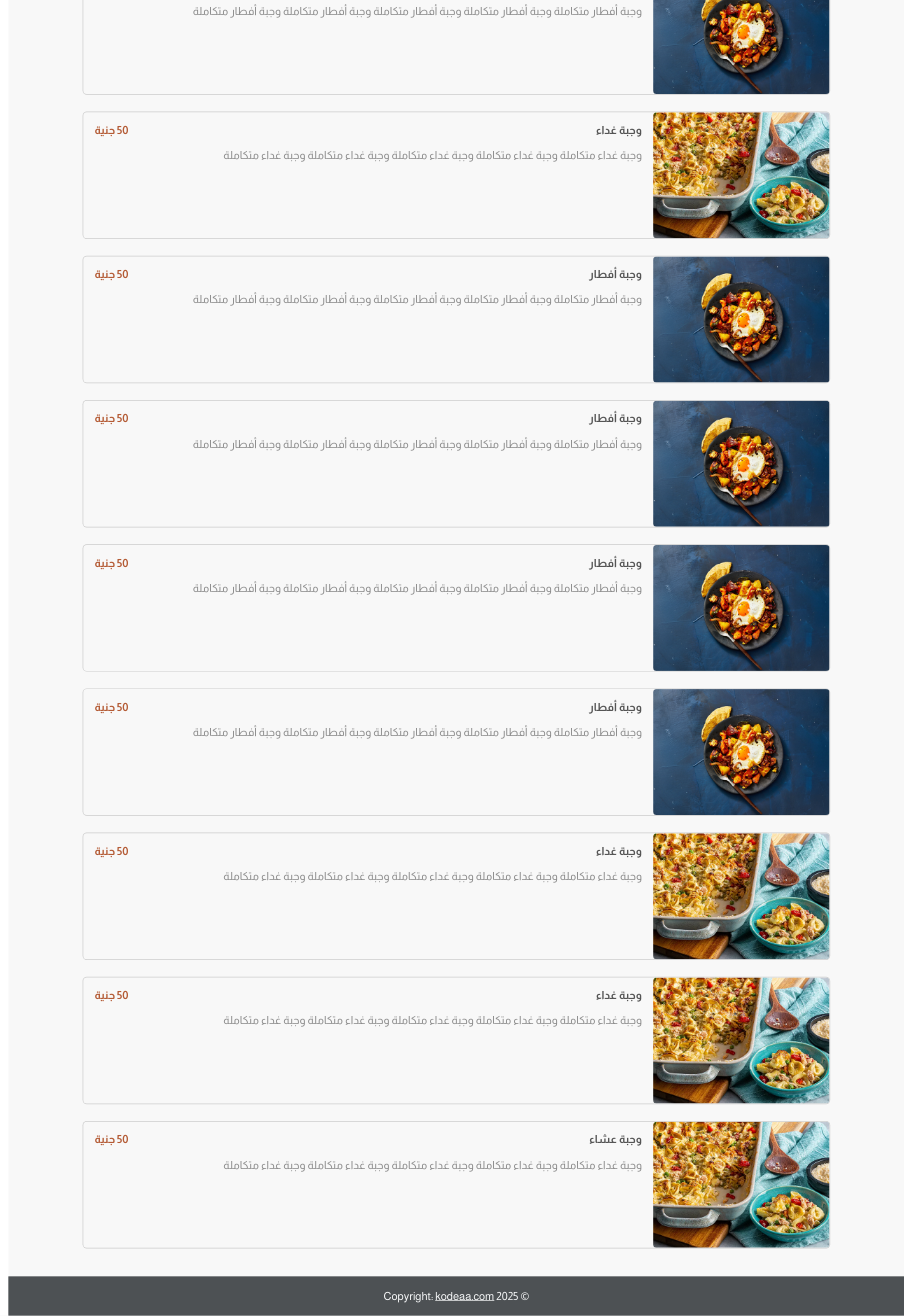
Repository: kerlos-alfy/Restaurant-Menu
Page: /
An editor plug-in stored every save of this project. The page is shown before and after the next save, followed by the edit.
The browser window is 1280 px wide. The page is 1292 px wide, so the pictures cover 1292 px, including what lies to the right of the window. The pictures show the part of the page from y = 1148 to 3028 px (the page is 3028 px tall), at 70% of full size.
Some web fonts or font styles are not loaded; a fallback is used. The project was rebuilt for these pictures with package versions that can differ from the ones it lists, and the page was loaded fresh each time. Also part of the build but not shown: vite.config.js, src/App.css.

Above is the page before, as saved 2024-12-27 02:17:59.

After the next save:
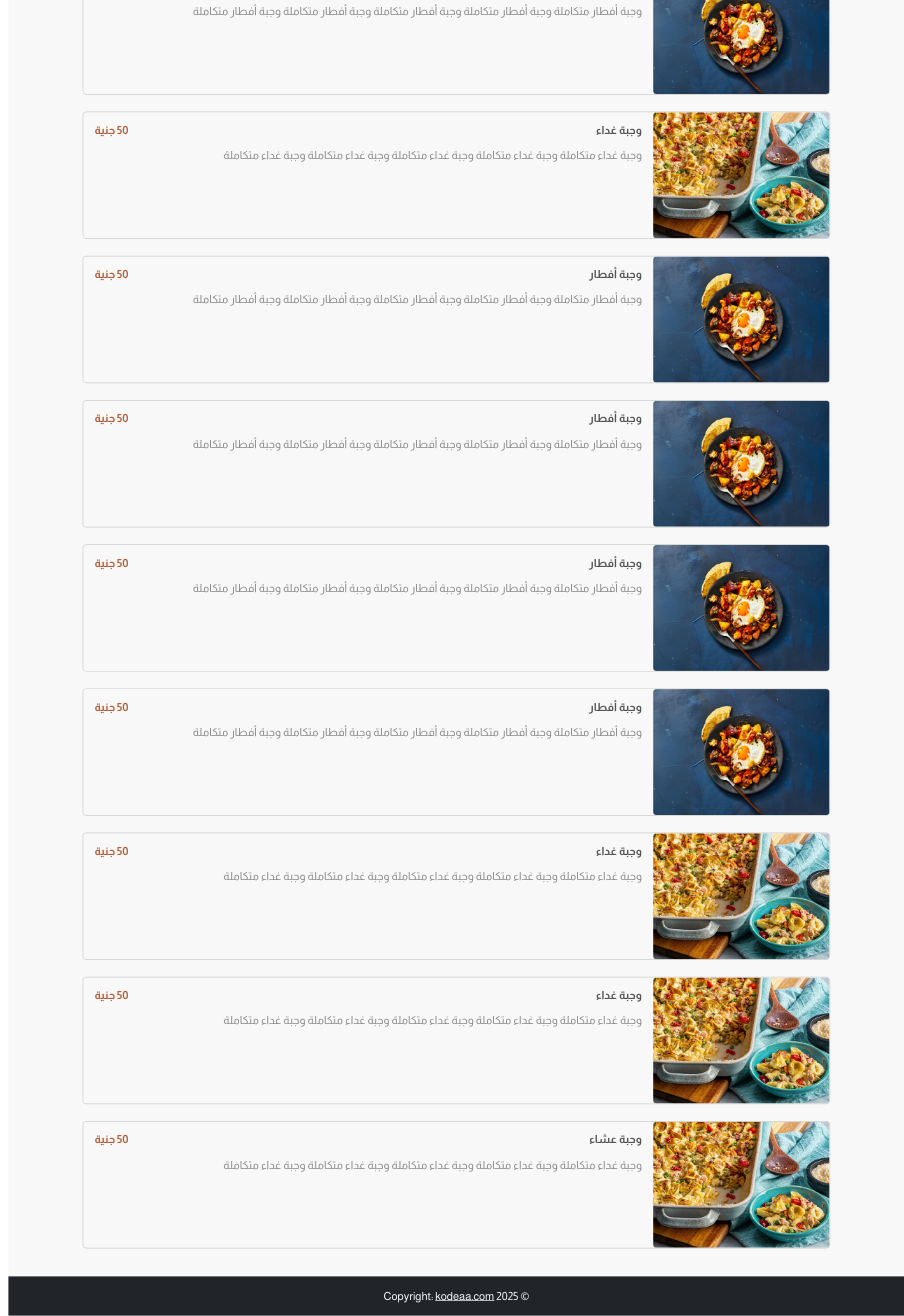
Saved 12 s later.
--- a/src/components/Footer.jsx
+++ b/src/components/Footer.jsx
@@ -2,7 +2,7 @@ import { MDBFooter } from "mdb-react-ui-kit";
 const Footer = () => {
 	return (
 		<MDBFooter className="text-center text-lg-left bg-dark">
-			<div className="text-center p-3 text-light" style={{ backgroundColor: "rgba(255, 255, 255, 0.2)" }}>
+			<div className="text-center p-3 text-light" style={{ backgroundColor: "##f8f8f8" }}>
 				&copy; 2025 Copyright:{" "}
 				<a className="text-light" href="https://kodeaa.com/">
 					kodeaa.com
